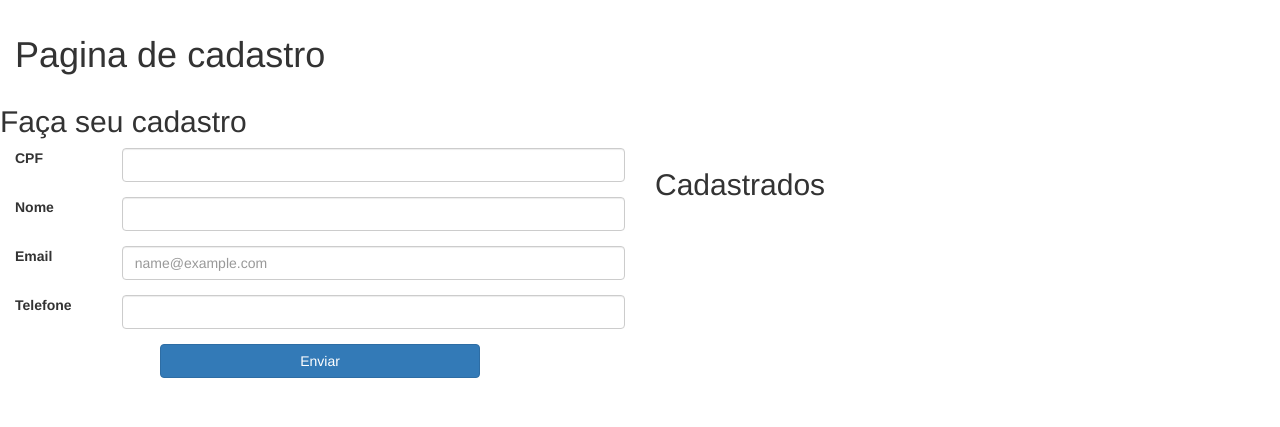
Repository: NicholasMaestrello/treinamento-impacta
Page: http://localhost/02_EmpresaRH/trabalhe_conosco.html
These files come from the project's save history. The page is drawn as it stood at one moment and after the next save; the edit follows.
The browser window is 1280 px wide. The pictures show the whole page.
Some web libraries are served in a nearby version. The page is served by Tomcat 9.

Above is the page before, as saved 2017-10-23 19:04:34.

### DesenvolvimentoJava/Modulo06/02_EmpresaRH/WebContent/trabalhe_conosco.html
<!DOCTYPE html>
<html>
<head>
<meta charset="UTF-8" />
<meta name="viewport" content="width=device-width, initial-scale=1.0" />
<title>trabalhe conosco</title>
<link rel="stylesheet" href="https://maxcdn.bootstrapcdn.com/bootstrap/3.3.7/css/bootstrap.min.css">
<link rel="stylesheet" href="css/trabalhe_conosco.css">
</head>
<body>
	<h1>Pagina de cadastro</h1>
	<div class="row">
		<h2>Faça seu cadastro</h2>
		<form class="col-xs-6">
			<div class="form-group row">
				<label for="cpf" class="col-sm-2">CPF</label>
				<div class="col-sm-10">
					<input type="email" class="form-control" id="cpf" name="cpf" />
				</div>
			</div>
			<div class="form-group row">
				<label for="nome" class="col-sm-2">Nome</label>
				<div class="col-sm-10">
					<input type="email" class="form-control" id="nome" name="nome" />
				</div>
			</div>
			<div class="form-group row">
				<label for="email" class="col-sm-2">Email</label>
				<div class="col-sm-10">
					<input type="email" class="form-control" id="email" name="email"
						placeholder="name@example.com">
				</div>
			</div>
			<div class="form-group row">
				<label for="telefone" class="col-sm-2">Telefone</label>
				<div class="col-sm-10">
					<input type="tel" class="form-control" id="telefone"
						name="telefone" />
				</div>
			</div>
			<div class="form-group row">
				<div class="col-sm-3"></div>
				<button id="enviar" type="button" class="btn btn-primary col-sm-6">Enviar</button>
			</div>
		</form>
		<div class="col-xs-6">
			<h2>Cadastrados</h2>
			<ul id="listaCadastrados"></ul>
		</div>
	</div>
	<script type="text/javascript"
		src="https://code.jquery.com/jquery-3.2.1.min.js"></script>
	<script
		src="https://maxcdn.bootstrapcdn.com/bootstrap/3.3.7/js/bootstrap.min.js"></script>
	<script src="trabalhe.js" type="text/javascript"></script>
</body>
</html>

### DesenvolvimentoJava/Modulo06/02_EmpresaRH/WebContent/css/trabalhe_conosco.css
body {
	clear: both;
	padding: 15px;
}

.margin-image{
	margin: 10px;
}

.footer{
	bottom:0;
	width: 100%;
	text-align: center;
	padding: 20px;
	background-color: #7F7F7F;
	color: white;
}

### DesenvolvimentoJava/Modulo06/02_EmpresaRH/WebContent/trabalhe.js
$(document).ready(function(){
	let request, db;

	// abrindo ou cirando o banco de dados

	request = window.indexedDB.open("DBCandidatos");

	// eventos usados ao abrir o banco de dadeos

	request.onerror = function(event) {
		//$("#mensagemdb").html("Erro ao abrir o banco de dados");
		console.log("Erro ao abrir o banco de dados")
	}

	request.onsuccess = function(event) {
		//$("#mensagemdb").html("Banco de dados aberto com sucesso");
		console.log("Banco de dados aberto com sucesso")
		db = event.target.result;
		listar()
	}

	request.onupgradeneeded = function(event){
		//$("#mensagemdb").html("Banco de dados preparado");
		console.log("Banco de dadeos preparado")
		db = event.target.result;
		let objectStore = db.createObjectStore("candidatos", {keyPath: "cpf"})
	}


	$("#enviar").click(function(){
		let cpf = $("#cpf").val();
		let nome = $("#nome").val();
		let telefone = $("#telefone").val();
		let email = $("#email").val();

		let transaction = db.transaction(["candidatos"], "readwrite");
		transaction.oncomplete = function(event){
			$("#mensagemdb").html("registro incluido");
		}
		transaction.onerror = function(event){
			$("#mensagemdb").html("ocorreu um erro");
		}
		let objectStore = transaction.objectStore("candidatos");
		objectStore.add({cpf, nome, telefone, email});
		listar()
	})

	function listar() {
		console.log("entrou no listar")
		let transaction = db.transaction(["candidatos"], "readonly")
		let objectStore = transaction.objectStore("candidatos");
		objectStore.openCursor().onsuccess = function(event){
			let cursor = event.target.result;
			if(cursor){
				$("#listaCadastrados").append(`<li> ${cursor.value.nome}</li>`);
				cursor.continue()
			}
		}
	}

})

After the next save:
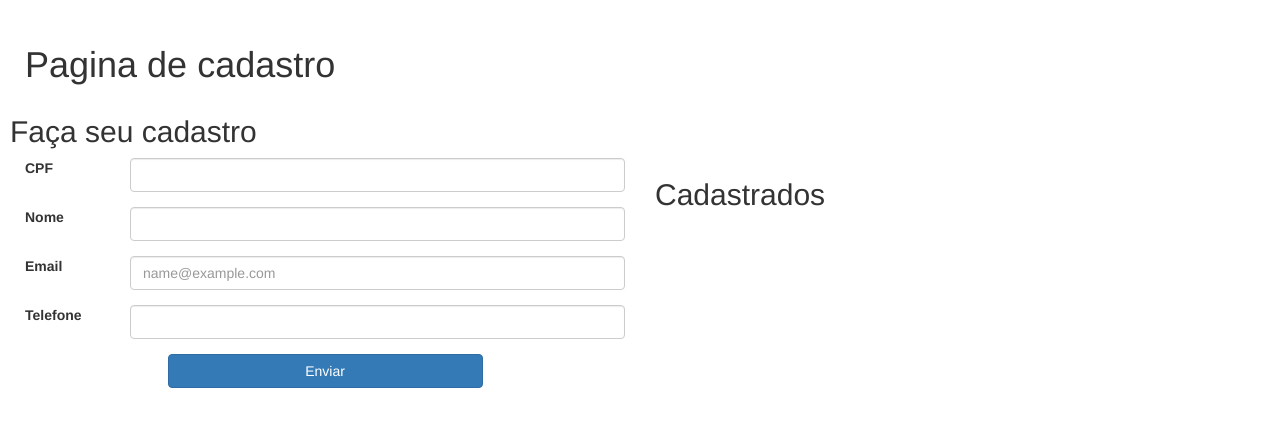
Saved 40 s later.
--- a/DesenvolvimentoJava/Modulo06/02_EmpresaRH/WebContent/css/trabalhe_conosco.css
+++ b/DesenvolvimentoJava/Modulo06/02_EmpresaRH/WebContent/css/trabalhe_conosco.css
@@ -1,6 +1,6 @@
 body {
 	clear: both;
-	padding: 15px;
+	padding: 25px;
 }
 
 .margin-image{
